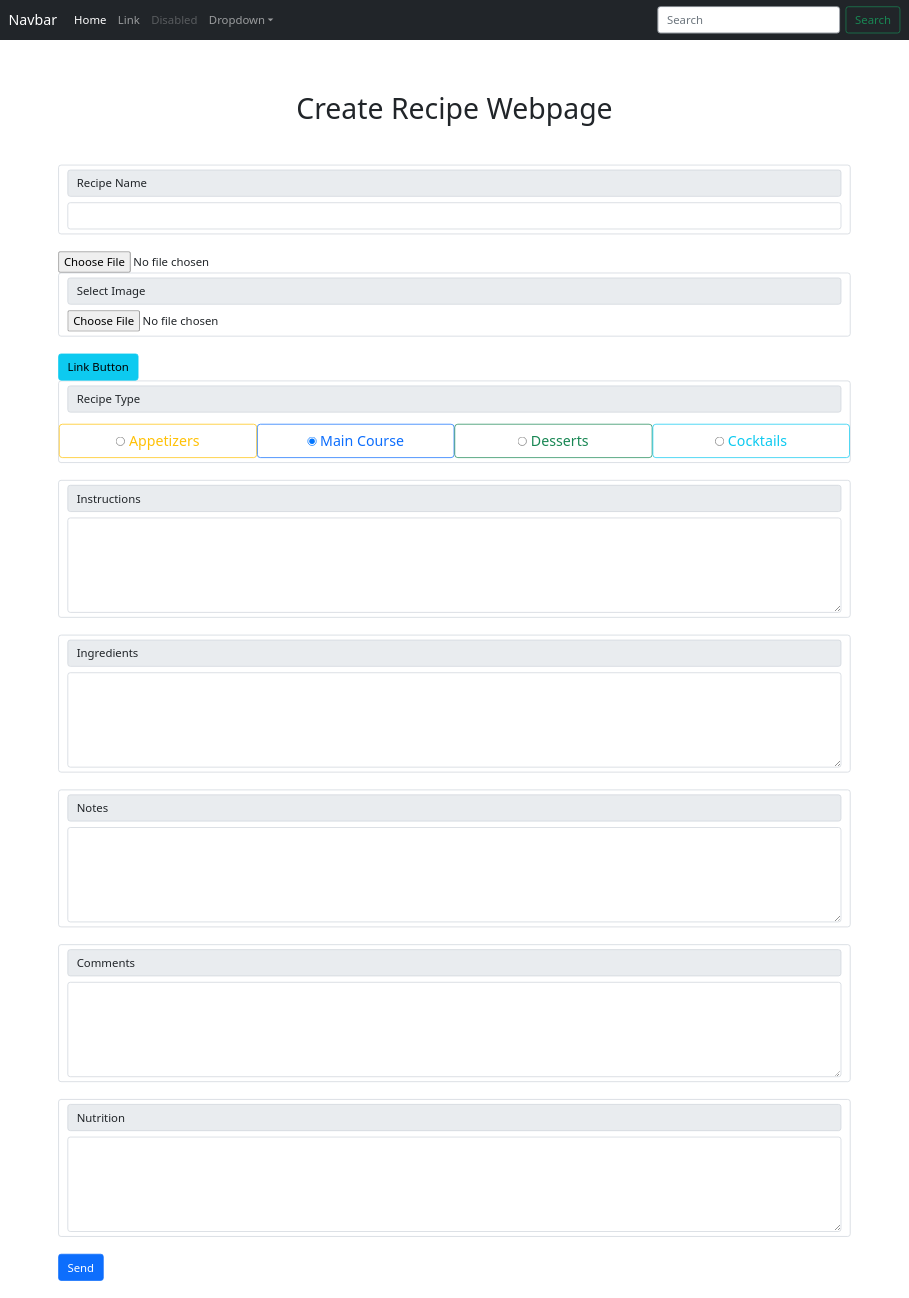
Repository: jerrywthompson/createRecipeWebpageHTML
Page: index.html
The author's editor kept a copy of each file at every save. The page is drawn from the files as they stood at one save, then again after the next save.
The browser window is 1280 px wide. The pictures show the whole page, at 71% of full size.

Above is the page before, as saved 2021-02-25 15:20:07.

After the next save:
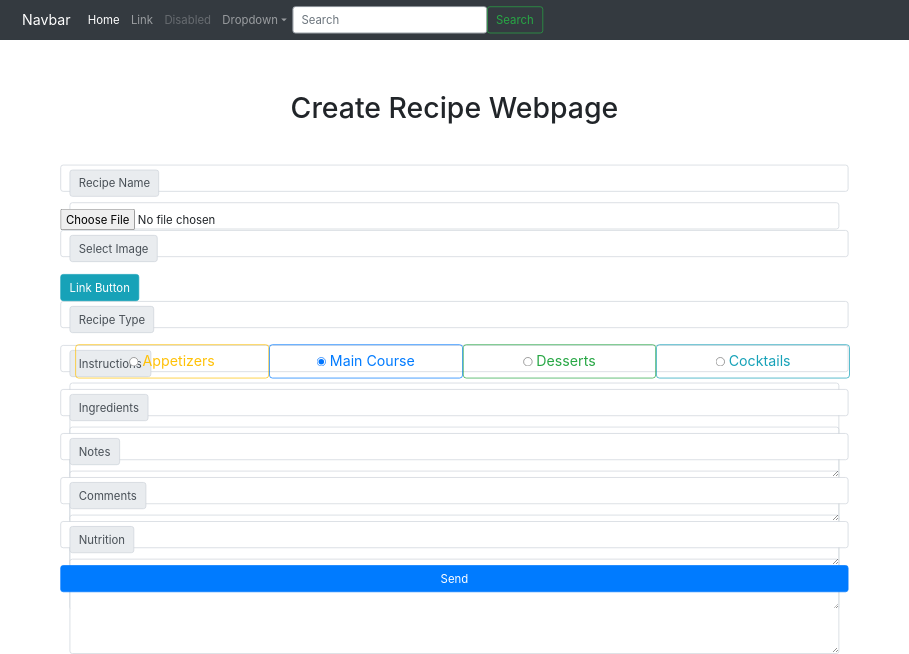
Saved 9 min 9 s later.
--- a/index.html
+++ b/index.html
@@ -10,7 +10,8 @@
 
         <link rel="stylesheet" href="css/main.css"/>
         <!-- Bootstrap core CSS -->
-        <link href="css/bootstrap5/css/bootstrap.min.css" rel="stylesheet">
+        <!-- <link href="css/bootstrap5/css/bootstrap.min.css" rel="stylesheet"> -->
+        <link rel="stylesheet" href="css/bootstrap-4.5.3/css/bootstrap.min.css">
 
         <style>
             .bd-placeholder-img {
